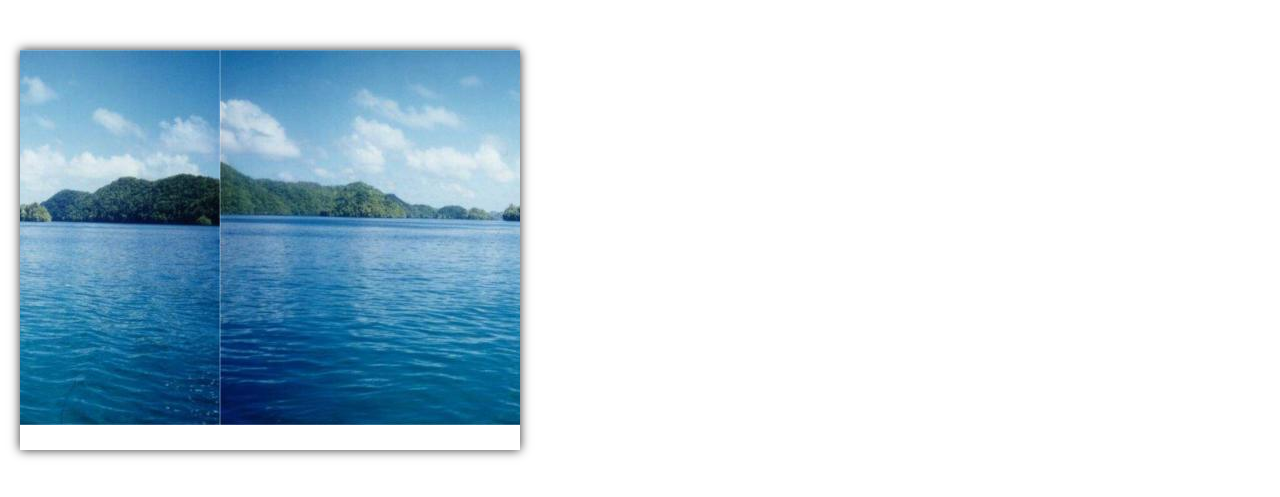
Repository: fangYiYuan/javascript-
Page: canvas/8.水平全景滚动.html
The author's editor kept a copy of each file at every save. The page is drawn from the files as they stood at one save, then again after the next save.
The browser window is 1280 px wide. The pictures show the whole page.

Above is the page before, as saved 2020-04-14 16:20:23.

### canvas/8.水平全景滚动.html
<!DOCTYPE html>
<html lang="en">
<head>
  <meta charset="UTF-8">
  <meta name="viewport" content="width=device-width, initial-scale=1.0">
  <meta http-equiv="X-UA-Compatible" content="ie=edge">
  <title>Document</title>
</head>
<style>
  body{
    text-align: center;
    padding-top: 40px;
  }
  canvas {
    position: absolute;
    top: 50px;
    left: 20px;
    box-shadow: 0 0 10px rgb(48, 47, 47);
  }
</style>
<body>
  <canvas id="draw" width="500" height="400"></canvas>
</body>
<script>
  let draw = document.getElementById('draw')
  let con = draw.getContext('2d')
  let x = 0
  function bgMove () {
    con.save()
    con.translate(-x, 0)
    con.clearRect(0, 0, draw.width, draw.height)
    con.drawImage(img, 0, 0)
    con.drawImage(img, draw.width, 0)
    x++
    if (x > draw.width) {
      x = 0
    }
    con.restore()
    window.requestAnimationFrame(bgMove)
  }
  let img = new Image()

  img.onload = function () {
    bgMove()
  }
  img.src = './tea.jpg'
</script>
</html>

After the next save:
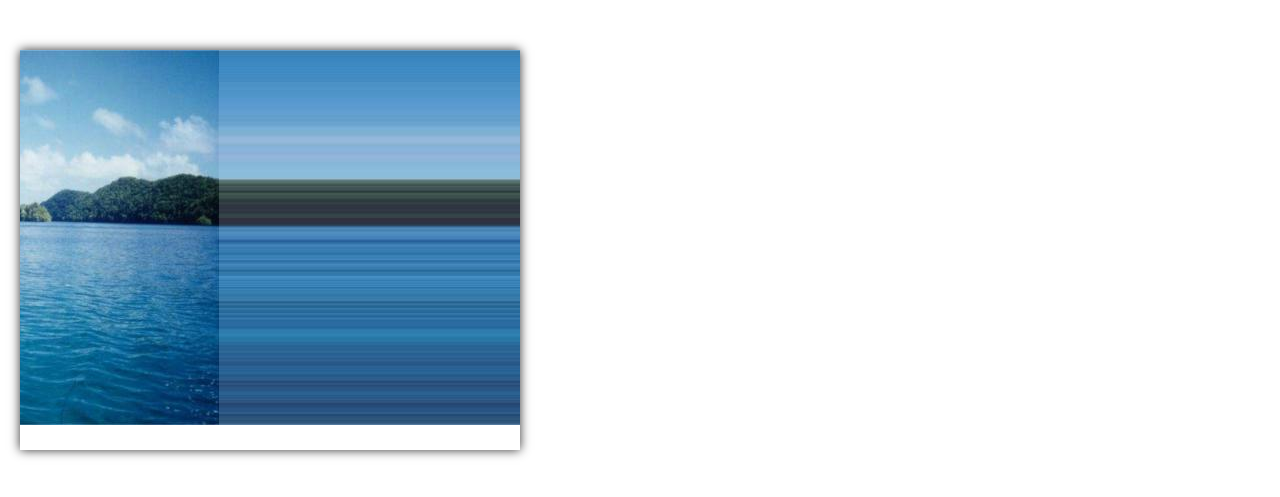
Saved 5 s later.
--- a/canvas/8.水平全景滚动.html
+++ b/canvas/8.水平全景滚动.html
@@ -30,7 +30,7 @@
     con.translate(-x, 0)
     con.clearRect(0, 0, draw.width, draw.height)
     con.drawImage(img, 0, 0)
-    con.drawImage(img, draw.width, 0)
+    // con.drawImage(img, draw.width, 0)
     x++
     if (x > draw.width) {
       x = 0

After the save that followed:
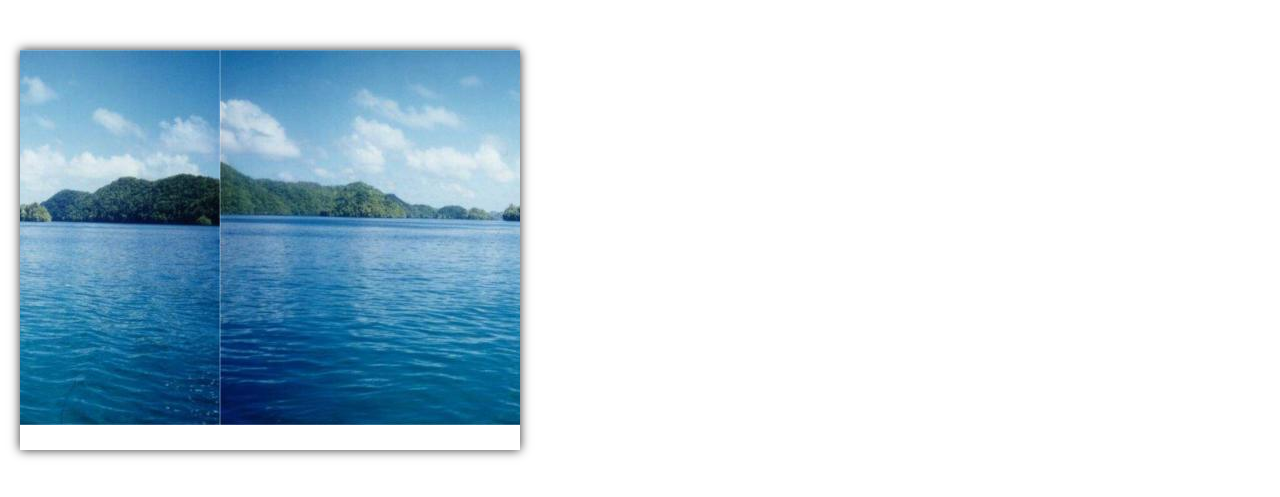
Saved 14 s later.
--- a/canvas/8.水平全景滚动.html
+++ b/canvas/8.水平全景滚动.html
@@ -30,7 +30,7 @@
     con.translate(-x, 0)
     con.clearRect(0, 0, draw.width, draw.height)
     con.drawImage(img, 0, 0)
-    // con.drawImage(img, draw.width, 0)
+    con.drawImage(img, draw.width, 0)
     x++
     if (x > draw.width) {
       x = 0
